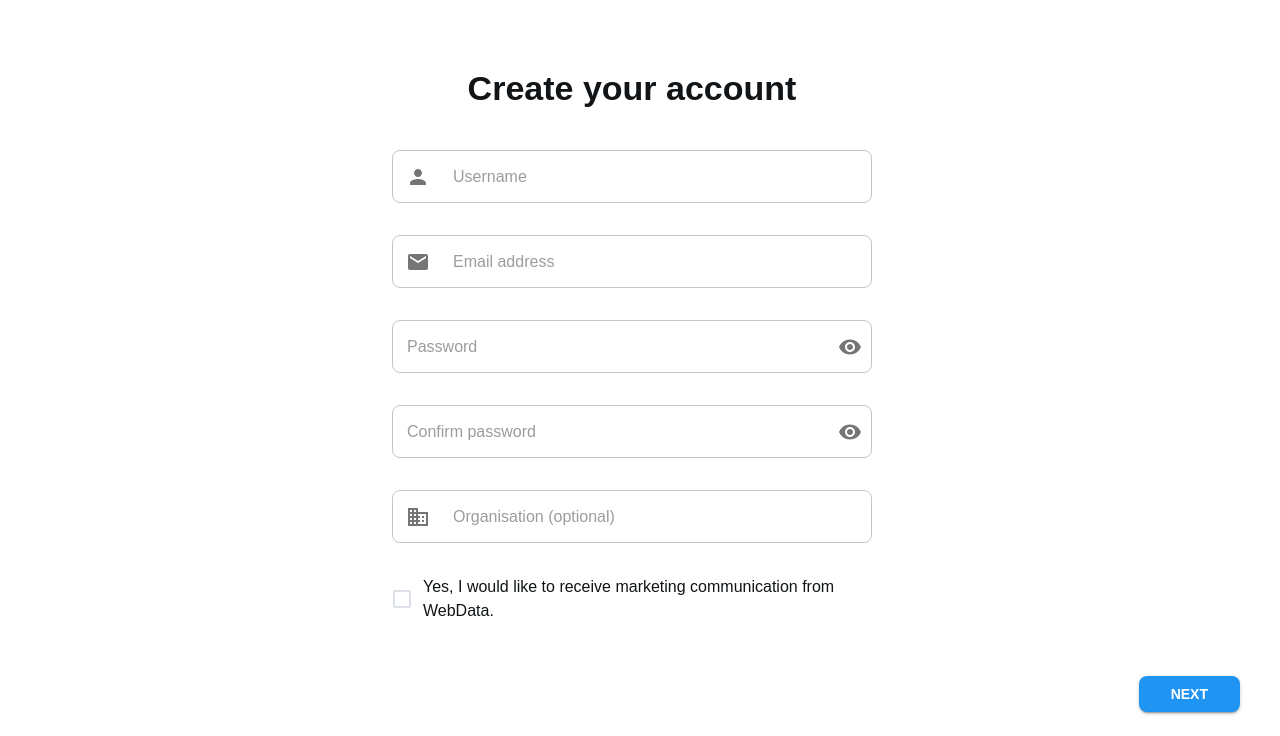
Repository: Pascal-Ahmadu/Tender-download-system
Page: /register (app in frontend/)
The author's editor kept a copy of each file at every save. The page is drawn from the files as they stood at one save, then again after the next save.
The browser window is 1280 px wide. The pictures show the whole page.
The page's requests for data from a server got no answer. Some web fonts or font styles are not loaded; a fallback is used. The project was rebuilt for these pictures with package versions that can differ from the ones it lists, and the page was loaded fresh each time. No one was signed in, and anything a server would have sent is missing. Also part of the build but not shown: frontend/vite.config.js, frontend/src/components/pages/LoginPage.jsx.

Above is the page before, as saved 2024-07-31 08:01:04.

### frontend/index.html
<!DOCTYPE html>
<html lang="en">
  <head>
    <meta charset="UTF-8" />
    <link rel="icon" type="image/svg+xml" href="/vite.svg" />
    <link
      href="https://fonts.googleapis.com/css2?family=Bento:wght@400;700&display=swap"
      rel="stylesheet"
    />

    <meta name="viewport" content="width=device-width, initial-scale=1.0" />
    <title>Vite + React</title>
  </head>
  <body>
    <div id="root"></div>
    <script type="module" src="/src/main.jsx"></script>
  </body>
</html>

### frontend/src/main.jsx
import React from "react";
import ReactDOM from "react-dom/client";
import App from "./App.jsx";
import "./index.css";
import { AuthProvider } from "./components/contexts/AuthContext.jsx";

ReactDOM.createRoot(document.getElementById("root")).render(
  <React.StrictMode>
    <AuthProvider>
      <App />
    </AuthProvider>
  </React.StrictMode>
);

### frontend/src/App.jsx
import React from "react";
import { BrowserRouter as Router, Routes, Route } from "react-router-dom";
import LoginPage from "./components/pages/LoginPage";
import RegistrationForm from "./components/pages/RegistrationPage";
import { createTheme, ThemeProvider } from "@mui/material/styles";

// Create a theme instance
const theme = createTheme({
  typography: {
    fontFamily: "Bento, sans-serif",
  },
});

const app = () => {
  return (
    <ThemeProvider theme={theme}>
      <Router>
        <Routes>
          <Route path="/" element={<LoginPage />} />
          <Route path="/register" element={<RegistrationForm />} />
        </Routes>
      </Router>
    </ThemeProvider>
  );
};

export default app;

### frontend/src/index.css
:root {
  font-family: "Bento", sans-serif;

  line-height: 1.5;
  font-weight: 400;

  color-scheme: white;
  color: rgba(255, 255, 255, 0.87);
  background-color: white;

  font-synthesis: none;
  text-rendering: optimizeLegibility;
  -webkit-font-smoothing: antialiased;
  -moz-osx-font-smoothing: grayscale;
}

body {
  font-family: "Merriweather", serif;
}

a {
  font-weight: 500;
  color: #646cff;
  text-decoration: inherit;
}
a:hover {
  color: #535bf2;
}

h1 {
  font-size: 3.2em;
  line-height: 1.1;
}

button {
  border-radius: 8px;
  border: 1px solid transparent;
  padding: 0.6em 1.2em;
  font-size: 1em;
  font-weight: 500;
  font-family: inherit;
  background-color: #1a1a1a;
  cursor: pointer;
  transition: border-color 0.25s;
}
button:hover {
  border-color: #646cff;
}
button:focus,
button:focus-visible {
  outline: 4px auto -webkit-focus-ring-color;
}

@media (prefers-color-scheme: light) {
  :root {
    color: #213547;
    background-color: #ffffff;
  }
  a:hover {
    color: #747bff;
  }
  button {
    background-color: #f9f9f9;
  }
}

### frontend/src/components/contexts/AuthContext.jsx
import React, { createContext, useState, useEffect, useContext } from "react";
import axios from "axios";

const API_BASE_URL = "http://localhost:5000";

axios.defaults.baseURL = API_BASE_URL;

const AuthContext = createContext();

const AuthProvider = ({ children }) => {
  const [user, setUser] = useState(null);

  // Fetch user on app load
  useEffect(() => {
    const fetchUser = async () => {
      try {
        const res = await axios.get("/api/auth/current", {
          withCredentials: true,
        });
        setUser(res.data.user);
      } catch (err) {
        console.error(err.response ? err.response.data.msg : err.message);
      }
    };

    fetchUser();
  }, []);

  const register = async (email, password) => {
    try {
      await axios.post(
        "/api/auth/register",
        { email, password },
        { withCredentials: true }
      );
      // Optionally fetch user data if needed
    } catch (err) {
      throw new Error(err.response ? err.response.data.msg : err.message);
    }
  };

  const login = async (email, password) => {
    try {
      await axios.post(
        "/api/auth/login",
        { email, password },
        { withCredentials: true }
      );
      const res = await axios.get("/api/auth/current", {
        withCredentials: true,
      });
      setUser(res.data.user);
    } catch (err) {
      throw new Error(err.response ? err.response.data.msg : err.message);
    }
  };

  const logout = async () => {
    try {
      await axios.post("/api/auth/logout", {}, { withCredentials: true });
      setUser(null);
    } catch (err) {
      console.error(err.response ? err.response.data.msg : err.message);
    }
  };

  return (
    <AuthContext.Provider value={{ user, register, login, logout }}>
      {children}
    </AuthContext.Provider>
  );
};

// Custom hook to use the AuthContext
const useAuth = () => {
  const context = useContext(AuthContext);
  if (context === undefined) {
    throw new Error("useAuth must be used within an AuthProvider");
  }
  return context;
};

export { AuthProvider, useAuth };

### frontend/src/components/pages/RegistrationPage.jsx
import React, { useState, useEffect } from "react";
import {
  TextField,
  Button,
  Box,
  Typography,
  Checkbox,
  FormControlLabel,
  InputAdornment,
  IconButton,
  LinearProgress,
  FormHelperText,
} from "@mui/material";
import {
  Visibility,
  VisibilityOff,
  Person,
  Email,
  Business,
} from "@mui/icons-material";

function SignupForm() {
  const [showPassword, setShowPassword] = useState(false);
  const [password, setPassword] = useState("");
  const [confirmPassword, setConfirmPassword] = useState("");
  const [passwordStrength, setPasswordStrength] = useState(0);
  const [passwordEntered, setPasswordEntered] = useState(false);
  const [passwordValid, setPasswordValid] = useState({
    length: false,
    uppercase: false,
    lowercase: false,
    symbol: false,
  });
  const [showRequirements, setShowRequirements] = useState(false);
  const [typingTimeout, setTypingTimeout] = useState(null);

  const handleClickShowPassword = () => setShowPassword(!showPassword);

  const handlePasswordChange = (event) => {
    const password = event.target.value;
    setPassword(password);
    setPasswordEntered(true);
    setShowRequirements(true);

    // Check password validity
    const lengthValid = password.length >= 8 && password.length <= 16;
    const uppercaseValid = /[A-Z]/.test(password);
    const lowercaseValid = /[a-z]/.test(password);
    const symbolValid = /[!@#$%^&*(),.?":{}|<>]/.test(password);

    setPasswordValid({
      length: lengthValid,
      uppercase: uppercaseValid,
      lowercase: lowercaseValid,
      symbol: symbolValid,
    });

    // Calculate strength
    setPasswordStrength(
      (lengthValid + uppercaseValid + lowercaseValid + symbolValid) * 25
    );

    // Clear previous timeout
    if (typingTimeout) clearTimeout(typingTimeout);

    // Set a new timeout
    setTypingTimeout(
      setTimeout(() => {
        setShowRequirements(false);
      }, 2000)
    ); // Hide after 2 seconds of inactivity
  };

  const handleConfirmPasswordChange = (event) => {
    setConfirmPassword(event.target.value);
  };

  const getStrengthColor = () => {
    if (passwordStrength <= 33) return "#f44336"; // Red for weak
    if (passwordStrength <= 66) return "#ff9800"; // Orange for medium
    return "#4caf50"; // Green for strong
  };

  const passwordsMatch = password === confirmPassword;

  useEffect(() => {
    // Cleanup on component unmount
    return () => {
      if (typingTimeout) clearTimeout(typingTimeout);
    };
  }, [typingTimeout]);

  return (
    <Box
      sx={{
        display: "flex",
        flexDirection: "column",
        minHeight: "100vh",
        backgroundColor: "white",
        overflow: "hidden",
      }}
    >
      <Box
        sx={{
          display: "flex",
          flexDirection: "column",
          flex: 1,
          justifyContent: "center",
          alignItems: "center",
          px: 2,
          py: 4,
        }}
      >
        <Box
          sx={{
            display: "flex",
            flexDirection: "column",
            width: "100%",
            maxWidth: "480px",
            boxSizing: "border-box",
            ml: -2, // Move the form to the left
          }}
        >
          <Typography
            variant="h4"
            sx={{
              fontWeight: "bold",
              textAlign: "center",
              color: "#111518",
              py: 3,
            }}
          >
            Create your account
          </Typography>
          <TextField
            placeholder="Username"
            fullWidth
            margin="normal"
            InputProps={{
              startAdornment: (
                <InputAdornment position="start">
                  <Person />
                </InputAdornment>
              ),
            }}
            sx={{
              "& .MuiOutlinedInput-root": {
                borderRadius: 2,
                borderColor: "#dbe1e6",
              },
              "& .MuiInputBase-input": {
                color: "#111518",
                p: "15px",
                fontSize: "1rem",
              },
              mb: 2,
            }}
          />
          <TextField
            placeholder="Email address"
            fullWidth
            margin="normal"
            InputProps={{
              startAdornment: (
                <InputAdornment position="start">
                  <Email />
                </InputAdornment>
              ),
            }}
            sx={{
              "& .MuiOutlinedInput-root": {
                borderRadius: 2,
                borderColor: "#dbe1e6",
              },
              "& .MuiInputBase-input": {
                color: "#111518",
                p: "15px",
                fontSize: "1rem",
              },
              mb: 2,
            }}
          />
          <TextField
            placeholder="Password"
            fullWidth
            type={showPassword ? "text" : "password"}
            onChange={handlePasswordChange}
            onFocus={() => setPasswordEntered(true)}
            margin="normal"
            InputProps={{
              endAdornment: (
                <InputAdornment position="end">
                  <IconButton onClick={handleClickShowPassword} edge="end">
                    {showPassword ? <VisibilityOff /> : <Visibility />}
                  </IconButton>
                </InputAdornment>
              ),
            }}
            sx={{
              "& .MuiOutlinedInput-root": {
                borderRadius: 2,
                borderColor: "#dbe1e6",
              },
              "& .MuiInputBase-input": {
                color: "#111518",
                p: "15px",
                fontSize: "1rem",
              },
              mb: 2,
            }}
          />
          {passwordEntered && showRequirements && (
            <Box sx={{ mb: 2 }}>
              <Typography variant="body2" sx={{ color: "#60778a", py: 1 }}>
                Password strength
              </Typography>
              <LinearProgress
                variant="determinate"
                value={passwordStrength}
                sx={{
                  height: 8,
                  borderRadius: 2,
                  backgroundColor: "#e0e0e0",
                  "& .MuiLinearProgress-bar": {
                    borderRadius: 2,
                    backgroundColor: getStrengthColor(),
                  },
                }}
              />
              <FormHelperText
                sx={{
                  color: "#60778a",
                  pt: 1,
                }}
              >
                <ul>
                  <li
                    style={{
                      color: passwordValid.length ? "#4caf50" : "#f44336",
                    }}
                  >
                    {passwordValid.length
                      ? "✔ Length between 8 and 16 characters"
                      : "✘ Length between 8 and 16 characters"}
                  </li>
                  <li
                    style={{
                      color: passwordValid.uppercase ? "#4caf50" : "#f44336",
                    }}
                  >
                    {passwordValid.uppercase
                      ? "✔ At least one uppercase letter"
                      : "✘ At least one uppercase letter"}
                  </li>
                  <li
                    style={{
                      color: passwordValid.lowercase ? "#4caf50" : "#f44336",
                    }}
                  >
                    {passwordValid.lowercase
                      ? "✔ At least one lowercase letter"
                      : "✘ At least one lowercase letter"}
                  </li>
                  <li
                    style={{
                      color: passwordValid.symbol ? "#4caf50" : "#f44336",
                    }}
                  >
                    {passwordValid.symbol
                      ? "✔ At least one symbol"
                      : "✘ At least one symbol"}
                  </li>
                </ul>
              </FormHelperText>
            </Box>
          )}
          <TextField
            placeholder="Confirm password"
            fullWidth
            type={showPassword ? "text" : "password"}
            onChange={handleConfirmPasswordChange}
            margin="normal"
            InputProps={{
              endAdornment: (
                <InputAdornment position="end">
                  <IconButton onClick={handleClickShowPassword} edge="end">
                    {showPassword ? <VisibilityOff /> : <Visibility />}
                  </IconButton>
                </InputAdornment>
              ),
            }}
            sx={{
              "& .MuiOutlinedInput-root": {
                borderRadius: 2,
                borderColor: "#dbe1e6",
              },
              "& .MuiInputBase-input": {
                color: "#111518",
                p: "15px",
                fontSize: "1rem",
              },
              mb: 2,
            }}
          />
          {!passwordsMatch && confirmPassword.length > 0 && (
            <FormHelperText sx={{ color: "#f44336" }}>
              Passwords do not match
            </FormHelperText>
          )}
          <TextField
            placeholder="Organisation (optional)"
            fullWidth
            margin="normal"
            InputProps={{
              startAdornment: (
                <InputAdornment position="start">
                  <Business />
                </InputAdornment>
              ),
            }}
            sx={{
              "& .MuiOutlinedInput-root": {
                borderRadius: 2,
                borderColor: "#dbe1e6",
              },
              "& .MuiInputBase-input": {
                color: "#111518",
                p: "15px",
                fontSize: "1rem",
              },
              mb: 2,
            }}
          />
          <FormControlLabel
            control={
              <Checkbox
                sx={{
                  color: "#dbe1e6",
                  "&.Mui-checked": {
                    color: "#2094f3",
                  },
                }}
              />
            }
            label="Yes, I would like to receive marketing communication from WebData."
            sx={{ color: "#111518", mt: 2 }}
          />
        </Box>
      </Box>
      <Box
        component="footer"
        sx={{
          display: "flex",
          justifyContent: "flex-end",
          px: 4,
          py: 2,
        }}
      >
        <Button
          variant="contained"
          sx={{
            minWidth: "84px",
            bgcolor: "#2094f3",
            color: "white",
            fontWeight: "bold",
            borderRadius: 2,
            px: 4,
            "&:hover": {
              bgcolor: "#1976d2",
            },
          }}
        >
          Next
        </Button>
      </Box>
    </Box>
  );
}

export default SignupForm;

After the next save:
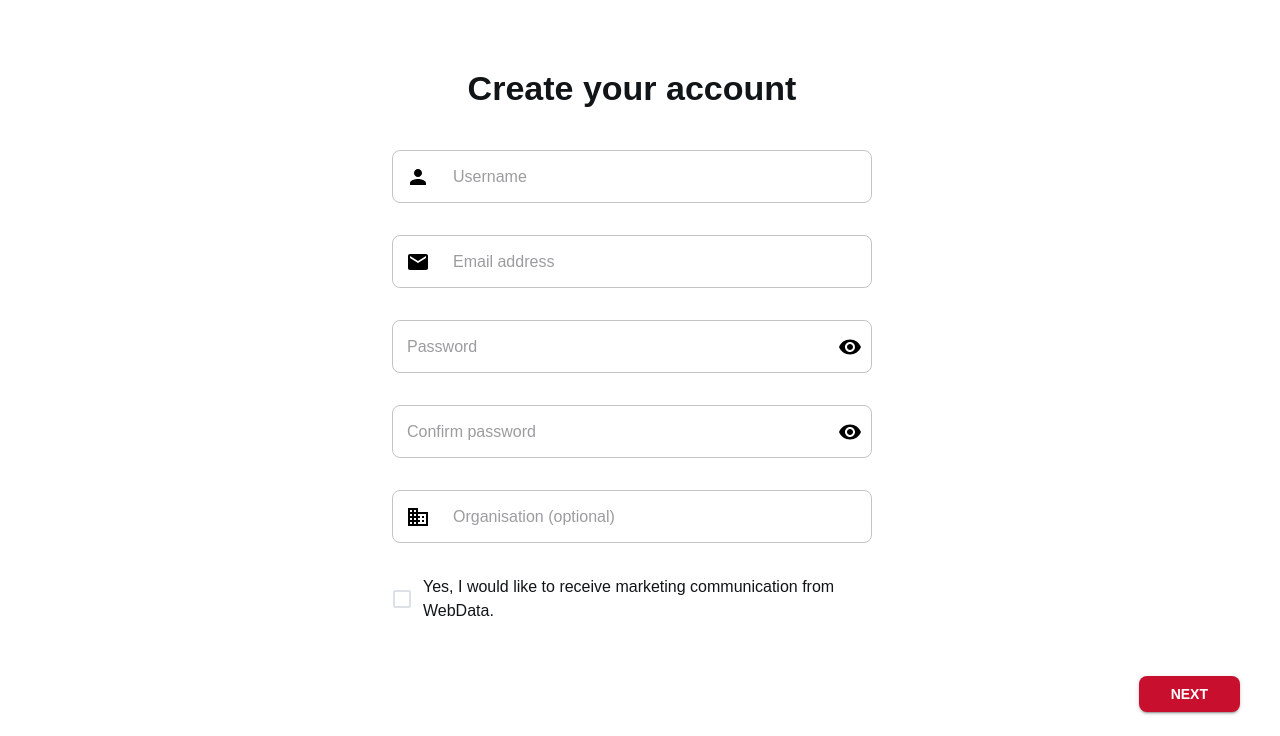
Saved 6 min 43 s later.
--- a/frontend/src/components/pages/RegistrationPage.jsx
+++ b/frontend/src/components/pages/RegistrationPage.jsx
@@ -139,7 +139,7 @@ function SignupForm() {
             InputProps={{
               startAdornment: (
                 <InputAdornment position="start">
-                  <Person />
+                  <Person sx={{ color: "black" }} />
                 </InputAdornment>
               ),
             }}
@@ -163,7 +163,7 @@ function SignupForm() {
             InputProps={{
               startAdornment: (
                 <InputAdornment position="start">
-                  <Email />
+                  <Email sx={{ color: "black" }} />
                 </InputAdornment>
               ),
             }}
@@ -191,7 +191,11 @@ function SignupForm() {
               endAdornment: (
                 <InputAdornment position="end">
                   <IconButton onClick={handleClickShowPassword} edge="end">
-                    {showPassword ? <VisibilityOff /> : <Visibility />}
+                    {showPassword ? (
+                      <VisibilityOff sx={{ color: "black" }} />
+                    ) : (
+                      <Visibility sx={{ color: "black" }} />
+                    )}
                   </IconButton>
                 </InputAdornment>
               ),
@@ -284,7 +288,11 @@ function SignupForm() {
               endAdornment: (
                 <InputAdornment position="end">
                   <IconButton onClick={handleClickShowPassword} edge="end">
-                    {showPassword ? <VisibilityOff /> : <Visibility />}
+                    {showPassword ? (
+                      <VisibilityOff sx={{ color: "black" }} />
+                    ) : (
+                      <Visibility sx={{ color: "black" }} />
+                    )}
                   </IconButton>
                 </InputAdornment>
               ),
@@ -314,7 +322,7 @@ function SignupForm() {
             InputProps={{
               startAdornment: (
                 <InputAdornment position="start">
-                  <Business />
+                  <Business sx={{ color: "black" }} />
                 </InputAdornment>
               ),
             }}
@@ -360,13 +368,13 @@ function SignupForm() {
           variant="contained"
           sx={{
             minWidth: "84px",
-            bgcolor: "#2094f3",
+            bgcolor: "#c8102e", // Changed color
             color: "white",
             fontWeight: "bold",
             borderRadius: 2,
             px: 4,
             "&:hover": {
-              bgcolor: "#1976d2",
+              bgcolor: "#a50f1d", // Slightly darker on hover
             },
           }}
         >
